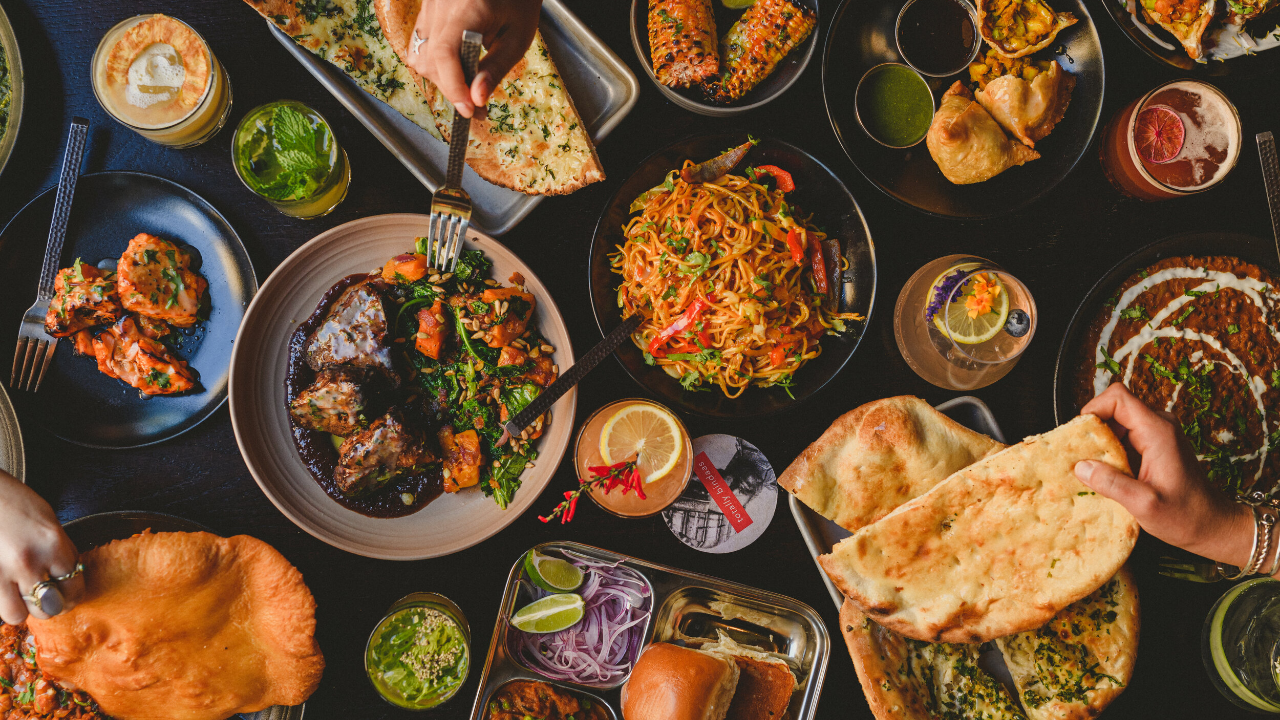
Repository: Anasooya2601/drag-and-drop
Page: home.html
An editor plug-in stored every save of this project. The page is shown before and after the next save, followed by the edit.
The browser window is 1280 px wide. The pictures show the whole page.
Some web libraries are served in a nearby version.

Above is the page before, as saved 2021-02-15 20:51:23.

After the next save:
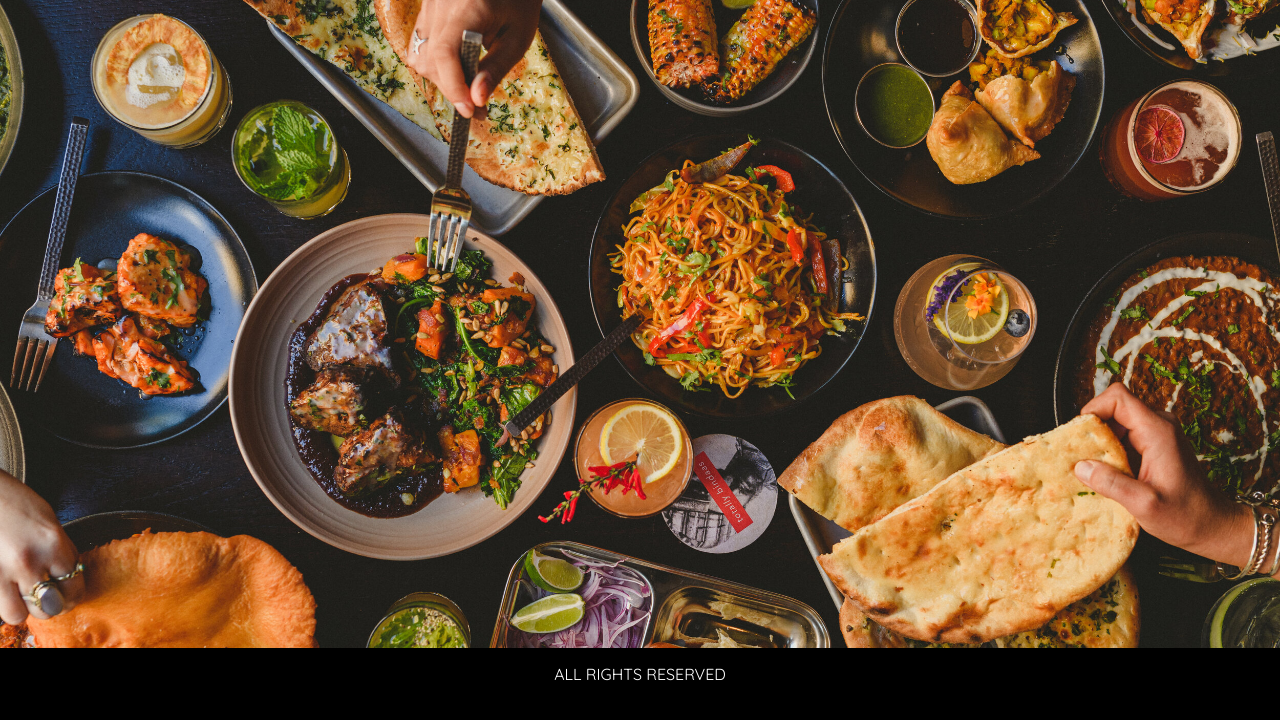
Console error: TypeError: Cannot set properties of null (setting 'textContent')
Saved 33 s later.
--- a/home.html
+++ b/home.html
@@ -12,6 +12,10 @@
       crossorigin="anonymous">
 </head>
 <body>
-
+    <div class="footer">
+        <p>ALL RIGHTS RESERVED</p>
+      </div>
+        <!-- Script -->
+        <script src="script.js"></script>
 </body>
 </html>
